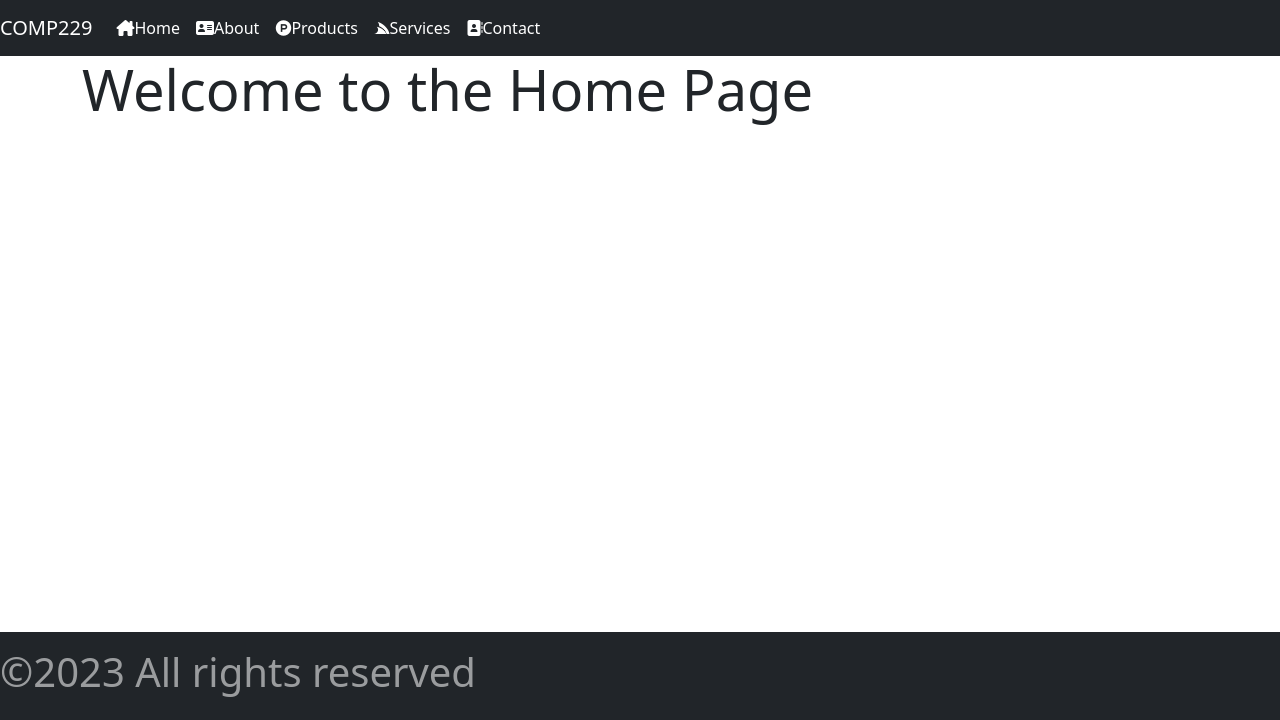
Repository: BlessingAjiboye/WEEK52023W
Page: http://localhost/
An editor plug-in stored every save of this project. The page is shown before and after the next save, followed by the edit.
The browser window is 1280 px wide. The pictures show the whole page.
The page is served by the project's Node server (server.js).

Above is the page before, as saved 2023-01-26 11:46:05.

After the next save:
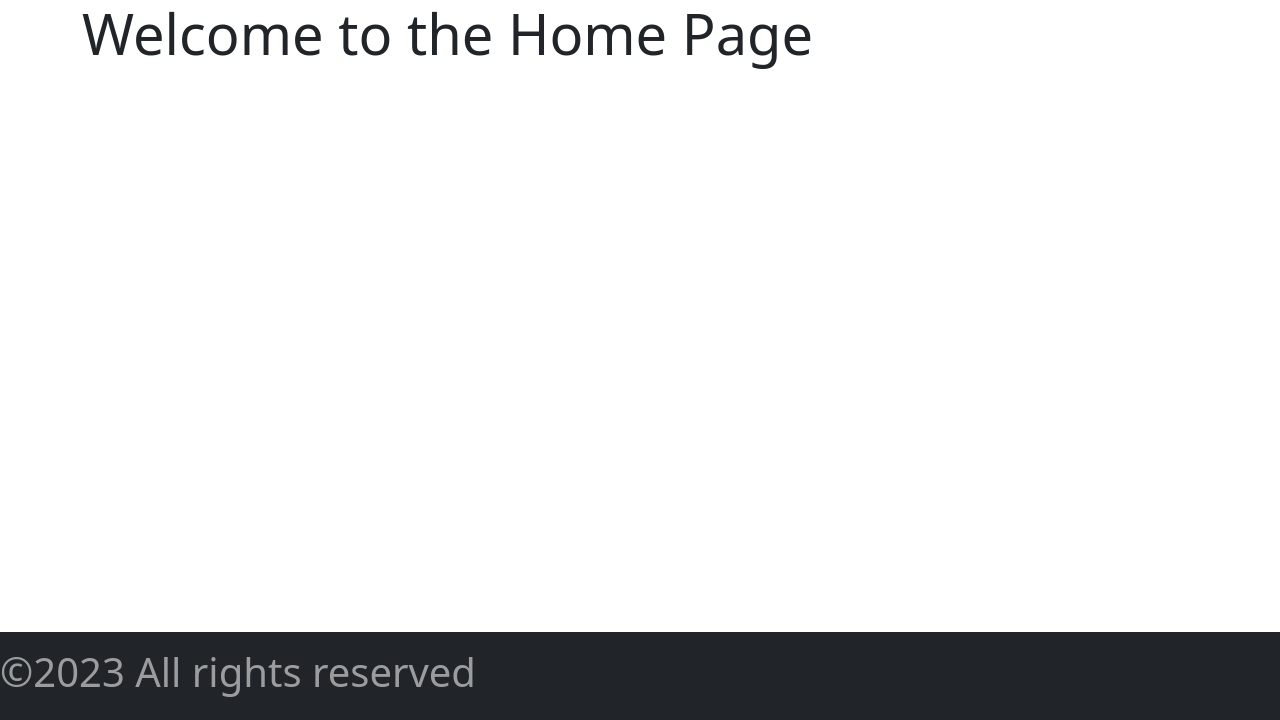
Saved 29 s later.
--- a/views/index.ejs
+++ b/views/index.ejs
@@ -1,53 +1,6 @@
 <%-include partials/header.ejs%>
   <!--Main Nav Navigation-->
-  <nav class="navbar navbar-expand-lg navbar-dark bg-dark">
-  <!--<div class="container-fluid">-->
-    <a class="navbar-brand" href="#">COMP229</a>
-    <button class="navbar-toggler" type="button" data-toggle="collapse" data-target="#navbarSupportedContent" aria-controls="navbarSupportedContent" aria-expanded="false" aria-label="Toggle navigation">
-      <span class="navbar-toggler-icon"></span>
-    </button>
-    <div class="collapse navbar-collapse" id="navbarSupportedContent">
-      <ul class="navbar-nav ml-auto">
-        <% if(title=="Home"){%>
-        <li class="nav-item active">
-          <%}else{%>
-            <li class="nav-item">
-              <%}%>
-          <a class="nav-link active" aria-current="page" href="/home"><i class="fa-solid fa-house-chimney"></i>Home</a>
-        </li>
-        <% if(title=="Home"){%>
-        <li class="nav-item active">
-          <%}else{%>
-            <li class="nav-item">
-              <%}%>
-          <a class="nav-link active" aria-current="page" href="/about"><i class="fa-solid fa-address-card"></i>About</a>
-        </li>
-        <% if(title=="Home"){%>
-        <li class="nav-item active">
-           <%}else{%>
-            <li class="nav-item">
-              <%}%>
-          <a class="nav-link active" aria-current="page" href="/products"><i class="fa-brands fa-product-hunt"></i>Products</a>
-        </li>
-        <% if(title=="Home"){%>
-        <li class="nav-item active">
-          <%}else{%>
-            <li class="nav-item">
-              <%}%>
-          <a class="nav-link active" aria-current="page" href="/services"><i class="fa-brands fa-servicestack"></i>Services</a>
-        </li>
-        <% if(title=="Home"){%>
-        <li class="nav-item active">
-           <%}else{%>
-            <li class="nav-item">
-              <%}%>
-          <a class="nav-link active" aria-current="page" href="/contact"><i class="fa-solid fa-address-book"></i>Contact</a>
-        </li>
 
-
-    <!--</div>-->
-  </div>
-</nav>
 <main class="container">
   <div class="jumbotron">
     <h1 class="display-4">Welcome to the <%= title %> Page</h1>
